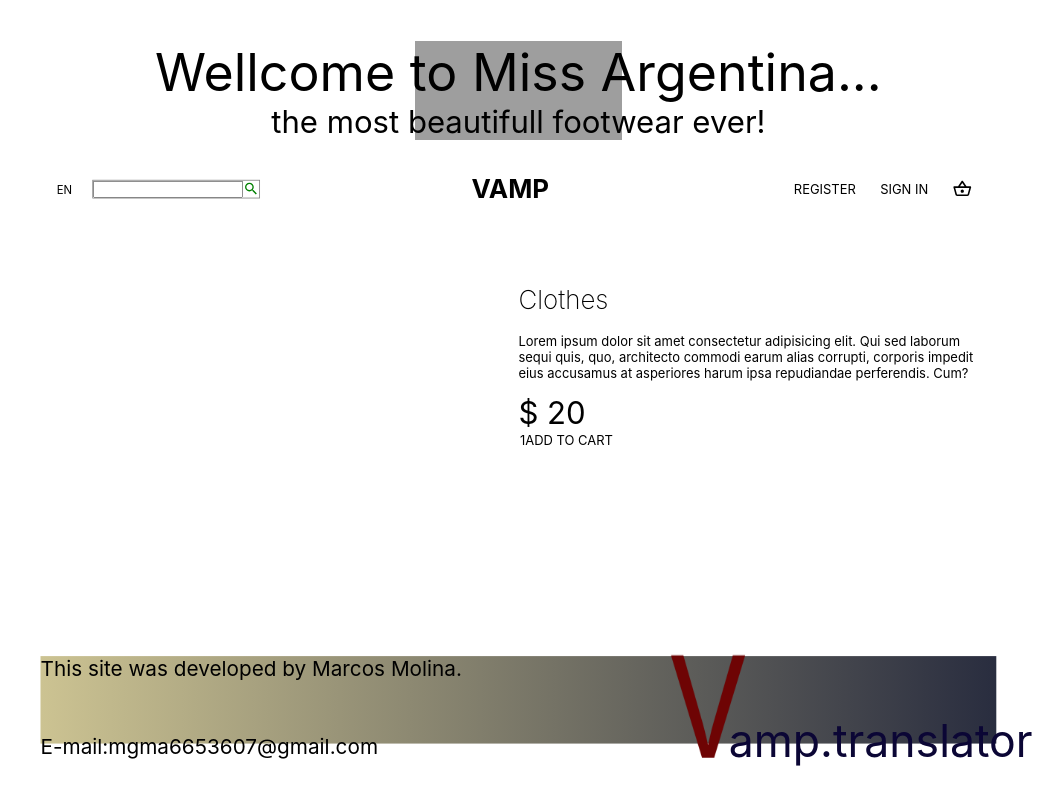
Repository: mgma2005/ecoeli
Page: /
These files come from the project's save history. The page is drawn as it stood at one moment and after a run of saves; the edit follows.
The browser window is 1280 px wide. The pictures show the whole page, at 81% of full size.
Pictures or frames that could not be fetched are drawn as grey boxes. The project was rebuilt for these pictures with package versions that can differ from the ones it lists, and the page was loaded fresh each time. Also part of the build but not shown: src/App.css.

Above is the page before, as saved 2022-05-14 18:08:35.

After the next 2 saves:
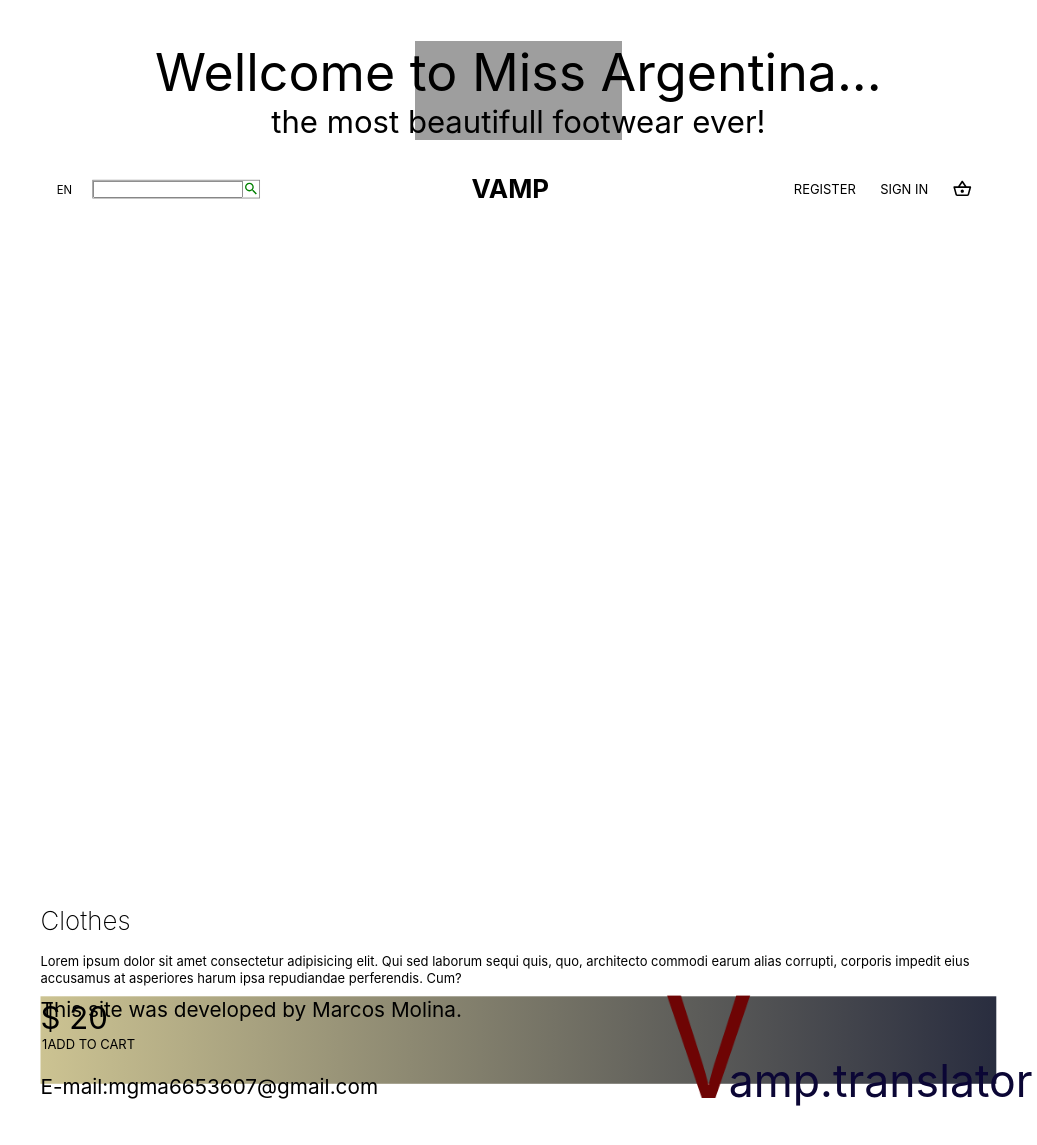
The 2 saves are shown as one change because 1 did not build or start.
The last was saved 36 s later.
--- a/src/pages/Product.jsx
+++ b/src/pages/Product.jsx
@@ -64,7 +64,7 @@
     <Container>
         <Announcement/>
         <Navbar/>
-        <Wrapper>
+
         <ImgContainer>
         <Image src="https://ichef.bbci.co.uk/news/800/cpsprodpb/15665/production/_107435678_perro1.jpg.webp"/>
         </ImgContainer>
@@ -82,7 +82,7 @@
             <Button>ADD TO CART</Button>
           </AddContainer>
         </InfoContainer>
-      </Wrapper>
+
       <Footer />
     </Container>
   );

After the 2 saves that followed:
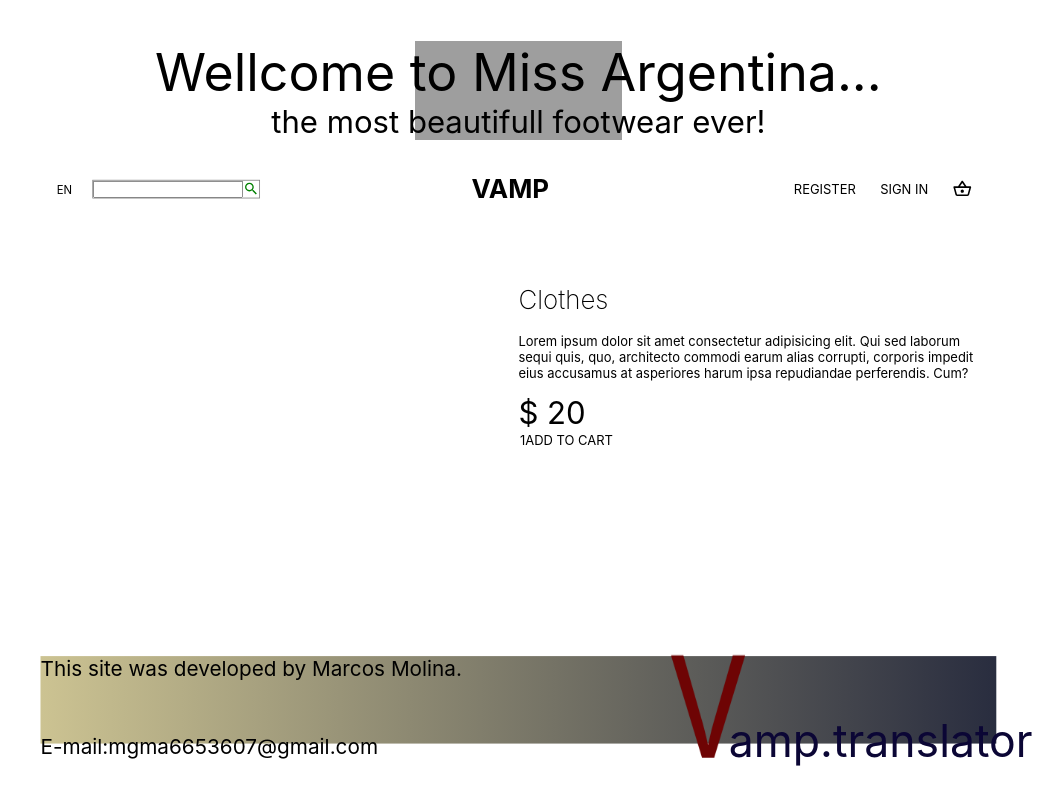
The 2 saves are shown as one change because they came seconds apart.
The last was saved 27 s later.
--- a/src/pages/Product.jsx
+++ b/src/pages/Product.jsx
@@ -64,7 +64,7 @@
     <Container>
         <Announcement/>
         <Navbar/>
-
+        <Wrapper>
         <ImgContainer>
         <Image src="https://ichef.bbci.co.uk/news/800/cpsprodpb/15665/production/_107435678_perro1.jpg.webp"/>
         </ImgContainer>
@@ -82,7 +82,7 @@
             <Button>ADD TO CART</Button>
           </AddContainer>
         </InfoContainer>
-
+      </Wrapper>
       <Footer />
     </Container>
   );
